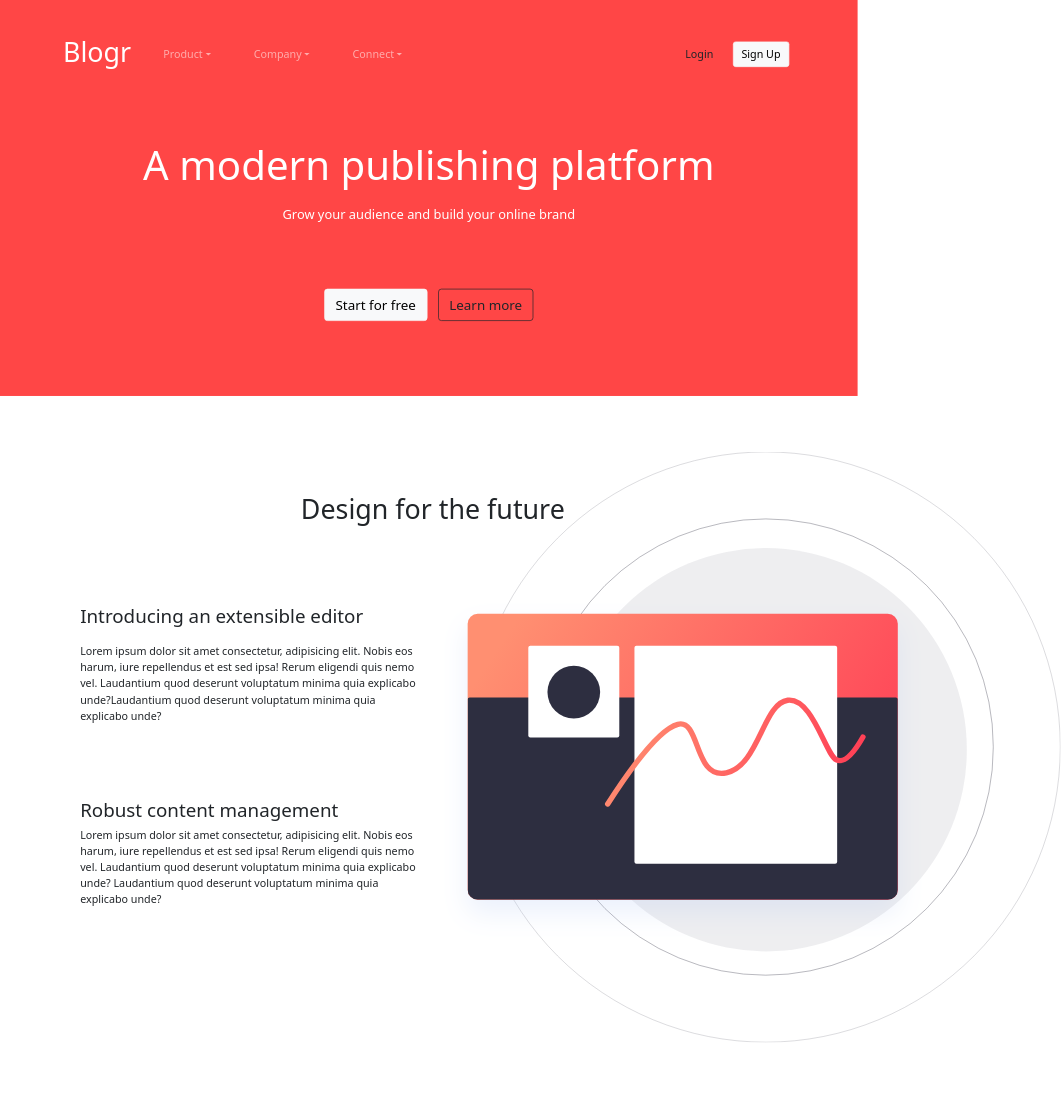
Repository: badhon252/blogr-landing-page
Page: /
These files come from the project's save history. The page is drawn as it stood at one moment and after the next save; the edit follows.
The browser window is 1280 px wide. The page is 1583 px wide, so the pictures cover 1583 px, including what lies to the right of the window. The pictures show the whole page, at 67% of full size.
The project was rebuilt for these pictures with package versions that can differ from the ones it lists, and the page was loaded fresh each time.

Above is the page before, as saved 2022-01-18 19:03:51.

### public/index.html
<!DOCTYPE html>
<html lang="en">

<head>
  <meta charset="utf-8" />
  <link rel="icon" href="%PUBLIC_URL%/favicon.ico" />
  <meta name="viewport" content="width=device-width, initial-scale=1" />
  <meta name="theme-color" content="#000000" />
  <meta name="description" content="Web site created using create-react-app" />
  <link rel="apple-touch-icon" href="%PUBLIC_URL%/logo192.png" />

  <link rel="manifest" href="%PUBLIC_URL%/manifest.json" />
  <!-- Bootstrap css  -->
  <link href="https://cdn.jsdelivr.net/npm/bootstrap@5.1.3/dist/css/bootstrap.min.css" rel="stylesheet"
    integrity="sha384-1BmE4kWBq78iYhFldvKuhfTAU6auU8tT94WrHftjDbrCEXSU1oBoqyl2QvZ6jIW3" crossorigin="anonymous">


  <title>Blogr</title>
</head>

<body>
  <noscript>You need to enable JavaScript to run this app.</noscript>
  <div id="root"></div>

  <!-- Bootstrap js  -->
  <script src="https://cdn.jsdelivr.net/npm/bootstrap@5.1.3/dist/js/bootstrap.bundle.min.js"
    integrity="sha384-ka7Sk0Gln4gmtz2MlQnikT1wXgYsOg+OMhuP+IlRH9sENBO0LRn5q+8nbTov4+1p"
    crossorigin="anonymous"></script>

</body>

</html>

### src/App.js
import Maincomp from "./components/MainComp";

function App() {
  return (
    <div className="App">
      <Maincomp />
    </div>
  );
}

export default App;

### src/components/MainComp.js
import React from "react";
import Header from "./Header/Header";
import Intro from "./Intro/Intro";

const Maincomp = () => {
  return (
    <div>
      <Header />
      <Intro />
    </div>
  );
};

export default Maincomp;

### src/components/Header/Header.js
import React from "react";
import Nav from "./Nav";
import "../styles/index.css";
import HeaderContent from "./HeaderContent";

export default function Header() {
  return (
    <div className="header">
      <div className="container">
        <Nav />
        <HeaderContent />
      </div>
    </div>
  );
}

### src/components/Intro/Intro.js
import React from "react";
import MobileLogo from "../../images/illustration-editor-desktop.svg";
import "../styles/index.css";

export default function Intro() {
  return (
    <div>
      <div className="row ms-auto py-5 my-5">
        <h1 className="intro-h1 py-5">Design for the future</h1>
        <div className="col-md-1"></div>
        <div className="col-md-5">
          <div className=" py-5">
            <h3 className="py-3">Introducing an extensible editor</h3>
            <p>
              Lorem ipsum dolor sit amet consectetur, adipisicing elit. Nobis
              eos harum, iure repellendus et est sed ipsa! Rerum eligendi quis
              nemo vel. Laudantium quod deserunt voluptatum minima quia
              explicabo unde?Laudantium quod deserunt voluptatum minima quia
              explicabo unde?
            </p>
          </div>
          <div className="py-5">
            <h3>Robust content management</h3>
            <p>
              Lorem ipsum dolor sit amet consectetur, adipisicing elit. Nobis
              eos harum, iure repellendus et est sed ipsa! Rerum eligendi quis
              nemo vel. Laudantium quod deserunt voluptatum minima quia
              explicabo unde? Laudantium quod deserunt voluptatum minima quia
              explicabo unde?
            </p>
          </div>
        </div>
        <div className="col-md-6 intro-img">
          <img src={MobileLogo} alt="This is MobileLogo svg img"></img>
          <div></div>
        </div>
      </div>
    </div>
  );
}

### src/components/Header/Nav.js
import React from "react";
import "../styles/index.css";
const Nav = () => {
  return (
    <div>
      <nav className="navbar navbar-expand-lg navbar-dark py-5">
        <div className="container-fluid">
          <a className="navbar-brand" href="/">
            <h1>Blogr</h1>
          </a>
          <button
            className="navbar-toggler"
            type="button"
            data-bs-toggle="collapse"
            data-bs-target="#navbarSupportedContent"
            aria-controls="navbarSupportedContent"
            aria-expanded="false"
            aria-label="Toggle navigation"
          >
            <span className="navbar-toggler-icon"></span>
          </button>
          <div className="collapse navbar-collapse" id="navbarSupportedContent">
            <ul className="navbar-nav mb-2 mb-lg-0">
              <li className="nav-item dropdown px-4">
                <a
                  className="nav-link dropdown-toggle"
                  href="/"
                  id="navbarDropdown"
                  role="button"
                  data-bs-toggle="dropdown"
                  aria-expanded="false"
                >
                  Product
                </a>
                <ul className="dropdown-menu" aria-labelledby="navbarDropdown">
                  <li>
                    <a className="dropdown-item" href="/">
                      Action
                    </a>
                  </li>
                  <li>
                    <a className="dropdown-item" href="/">
                      Another action
                    </a>
                  </li>
                  <li>
                    <hr className="dropdown-divider" />
                  </li>
                  <li>
                    <a className="dropdown-item" href="/">
                      Something else here
                    </a>
                  </li>
                </ul>
              </li>{" "}
              <li className="nav-item dropdown px-4">
                <a
                  className="nav-link dropdown-toggle"
                  href="/"
                  id="navbarDropdown"
                  role="button"
                  data-bs-toggle="dropdown"
                  aria-expanded="false"
                >
                  Company
                </a>
                <ul className="dropdown-menu" aria-labelledby="navbarDropdown">
                  <li>
                    <a className="dropdown-item" href="/">
                      Action
                    </a>
                  </li>
                  <li>
                    <a className="dropdown-item" href="/">
                      Another action
                    </a>
                  </li>
                  <li>
                    <hr className="dropdown-divider" />
                  </li>
                  <li>
                    <a className="dropdown-item" href="/">
                      Something else here
                    </a>
                  </li>
                </ul>
              </li>{" "}
              <li className="nav-item dropdown px-4">
                <a
                  className="nav-link dropdown-toggle"
                  href="/"
                  id="navbarDropdown"
                  role="button"
                  data-bs-toggle="dropdown"
                  aria-expanded="false"
                >
                  Connect
                </a>
                <ul className="dropdown-menu" aria-labelledby="navbarDropdown">
                  <li>
                    <a className="dropdown-item" href="/">
                      Action
                    </a>
                  </li>
                  <li>
                    <a className="dropdown-item" href="/">
                      Another action
                    </a>
                  </li>
                  <li>
                    <hr className="dropdown-divider" />
                  </li>
                  <li>
                    <a className="dropdown-item" href="/">
                      Something else here
                    </a>
                  </li>
                </ul>
              </li>
            </ul>
            {/* login & sign-up */}
            <ul className="navbar-nav ms-auto">
              <li className="nav-login">
                <a className="nav-link" href="/">
                  <button type="button" class="btn">
                    Login
                  </button>
                </a>
              </li>{" "}
              <li className="nav-signup">
                <a className="nav-link" href="/">
                  <button type="button" class="btn btn-light">
                    Sign Up
                  </button>
                </a>
              </li>
            </ul>
          </div>
        </div>
      </nav>
    </div>
  );
};

export default Nav;

### src/components/styles/index.css
.header {
  background-color: rgb(255, 70, 70);
  color: rgb(255, 255, 255);
  /* clip-path: circle(73.8% at 63% 38%); */
}
/* .header-nav {
  color: #fff;

} */
/* .singup,
.login {
  color: aliceblue;
} */

.header-param {
  text-align: center;
}
.header-param h1 {
  font-size: 60px;
}
.header-param p {
  font-size: 1.2rem;
}
/* .header-param .h-btn {
  -webkit-border-radius: 28;
  -moz-border-radius: 28;
  border-radius: 28px;
  font-family: Arial;
  color: #000000;
  font-size: 20px;
  background: #f5f5f5;
  padding: 10px 20px 10px 20px;
  text-decoration: none;
} */

/* Intro ======= */
.intro-h1 {
  text-align: center;
}
.intro-img {
  max-width: 100%;
  margin-top: -165px;
}

### src/components/Header/HeaderContent.js
import React from "react";
import "../styles/index.css";
export default function HeaderContent() {
  return (
    <div>
      <div className="py-5 header-param">
        <h1 className="">A modern publishing platform</h1>
        <p className="header-p py-3 ">
          Grow your audience and build your online brand
        </p>
        {/* btn  */}
        <div className="px-5 py-5">
          <button type="button" class="btn btn-lg btn-light me-3 my-3">
            Start for free
          </button>
          <button type="button" class="btn btn-lg btn-outline-dark">
            Learn more
          </button>
        </div>
      </div>
    </div>
  );
}

Loaded but not shown: src/index.js (common file); src/reportWebVitals.js (common file)

After the next save:
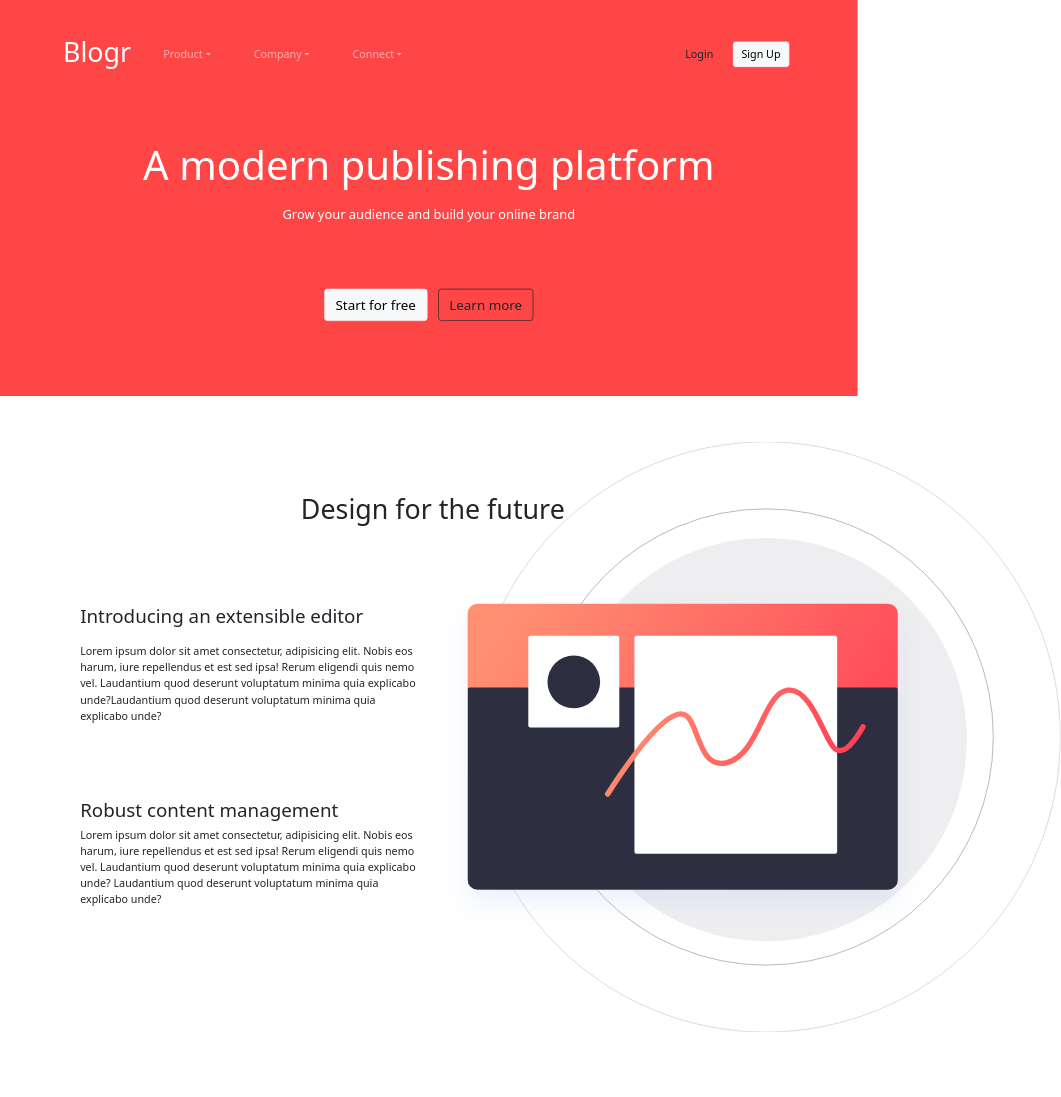
Saved 28 s later.
--- a/src/components/styles/index.css
+++ b/src/components/styles/index.css
@@ -39,5 +39,5 @@
 }
 .intro-img {
   max-width: 100%;
-  margin-top: -165px;
+  margin-top: -180px;
 }
